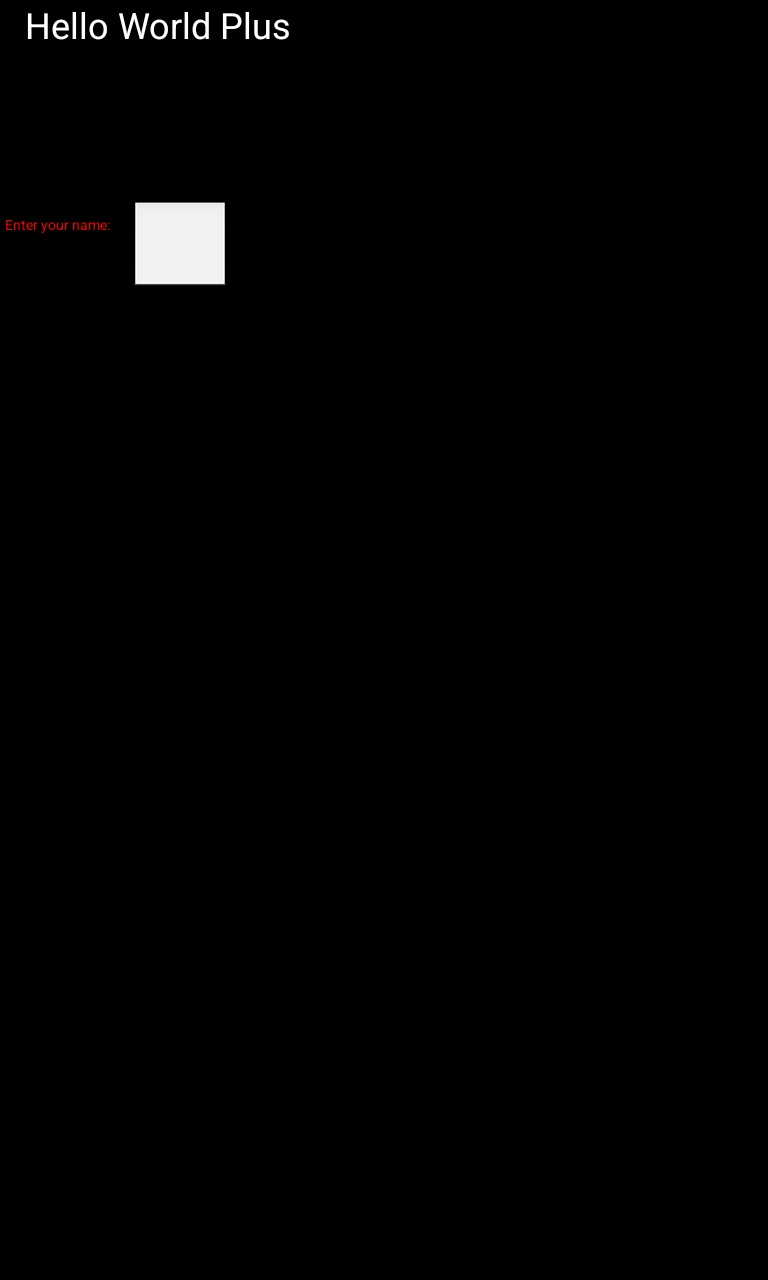
Repository: adatta02/comp194ma
Layout: hello_world/res/layout/main.xml
These files come from the project's save history. The layout is drawn as it stood at one moment and after the next save; the edit follows.
It is drawn on a 768 x 1280 px phone screen (xhdpi) without system bars, with theme android:Theme; the app's code is not run.

Above is the layout before, as saved 2009-02-04 20:24:25.

### hello_world/res/layout/main.xml
<?xml version="1.0" encoding="utf-8"?>

<AbsoluteLayout android:id="@+id/AbsoluteLayout01" android:layout_width="wrap_content" android:layout_height="wrap_content" xmlns:android="http://schemas.android.com/apk/res/android"><TextView android:id="@+id/TextView01" android:layout_width="wrap_content" android:text="Hello World Plus" android:textSize="36px" android:textColor="@color/white" android:layout_height="fill_parent" android:paddingLeft="25px"></TextView>
<EditText android:id="@+id/EditText01" android:layout_width="wrap_content" android:layout_height="wrap_content" android:layout_y="200px" android:width="100px" android:layout_x="130px"></EditText>
<TextView android:id="@+id/TextView02" android:layout_width="wrap_content" android:layout_height="wrap_content" android:text="Enter your name:" android:layout_y="215px" android:layout_x="5px" android:textColor="#FF0000" android:textSize="14px"></TextView>
</AbsoluteLayout>

### hello_world/res/values/strings.xml
<?xml version="1.0" encoding="utf-8"?>
<resources>
    <string name="hello">Hello World, HelloWorld</string>
    <string name="app_name">HelloWorld</string>
<color name="white">#ffffff</color>



</resources>

After the next save:
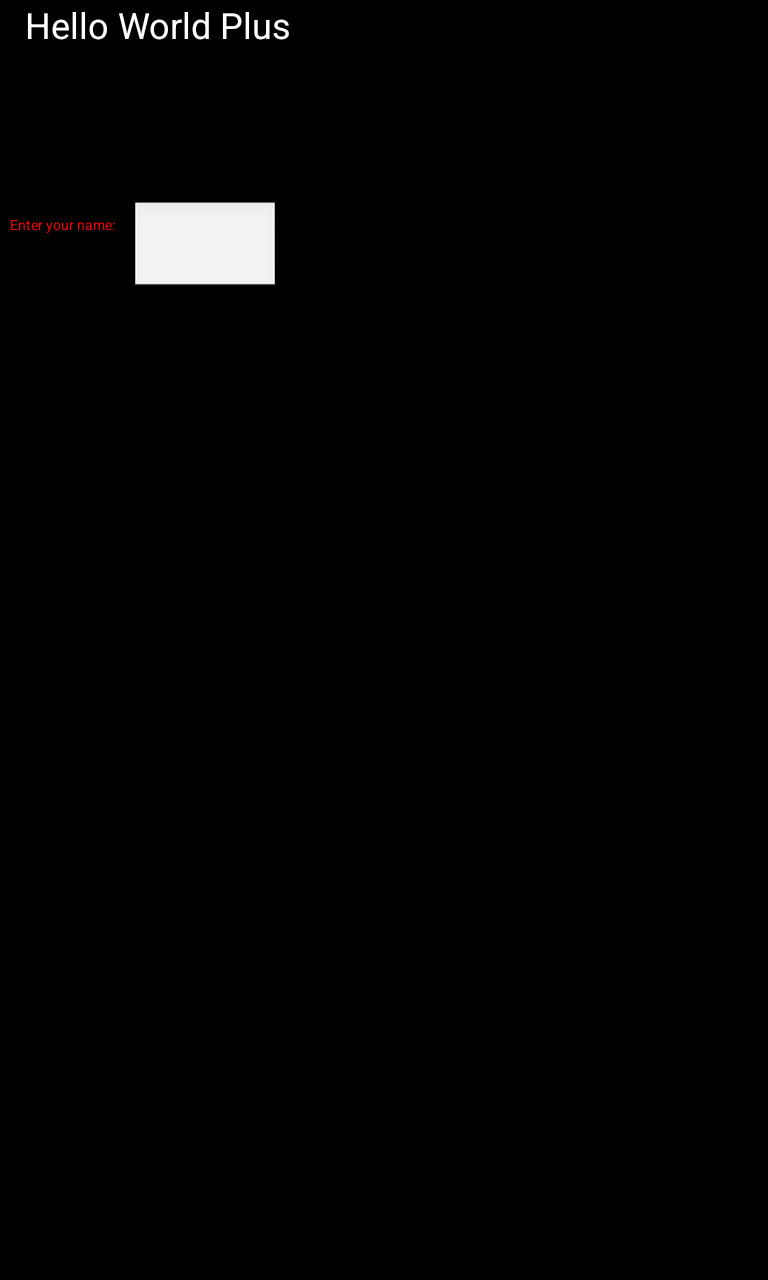
Saved 13 s later.
--- a/hello_world/res/layout/main.xml
+++ b/hello_world/res/layout/main.xml
@@ -1,6 +1,6 @@
 <?xml version="1.0" encoding="utf-8"?>
 
 <AbsoluteLayout android:id="@+id/AbsoluteLayout01" android:layout_width="wrap_content" android:layout_height="wrap_content" xmlns:android="http://schemas.android.com/apk/res/android"><TextView android:id="@+id/TextView01" android:layout_width="wrap_content" android:text="Hello World Plus" android:textSize="36px" android:textColor="@color/white" android:layout_height="fill_parent" android:paddingLeft="25px"></TextView>
-<EditText android:id="@+id/EditText01" android:layout_width="wrap_content" android:layout_height="wrap_content" android:layout_y="200px" android:width="100px" android:layout_x="130px"></EditText>
-<TextView android:id="@+id/TextView02" android:layout_width="wrap_content" android:layout_height="wrap_content" android:text="Enter your name:" android:layout_y="215px" android:layout_x="5px" android:textColor="#FF0000" android:textSize="14px"></TextView>
+<EditText android:id="@+id/EditText01" android:layout_width="wrap_content" android:layout_height="wrap_content" android:layout_y="200px" android:layout_x="130px" android:width="150px"></EditText>
+<TextView android:id="@+id/TextView02" android:layout_width="wrap_content" android:layout_height="wrap_content" android:text="Enter your name:" android:layout_y="215px" android:textColor="#FF0000" android:textSize="14px" android:layout_x="10px"></TextView>
 </AbsoluteLayout>
